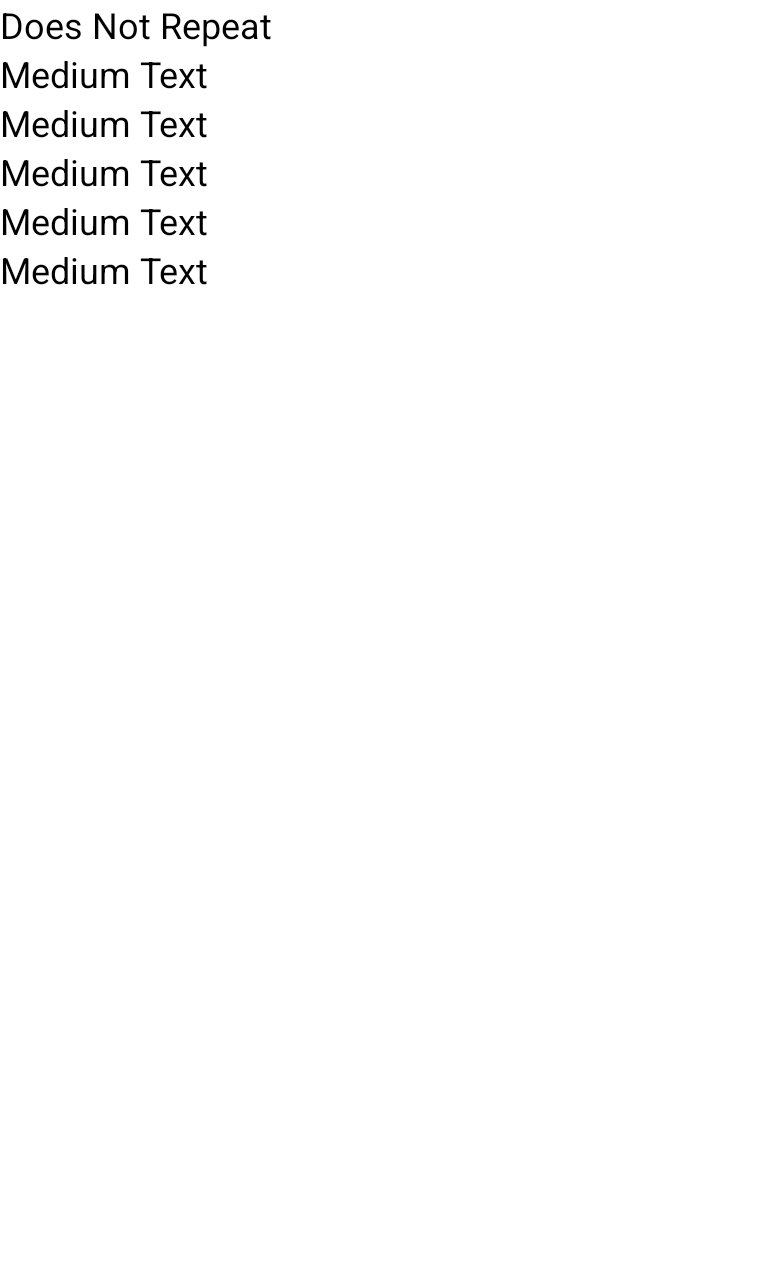
Repository: born2behappy18/meetingMiliue
Layout: MeetingMileu/res/layout/custondialog.xml
The author's editor kept a copy of each file at every save. The layout is drawn from the files as they stood at one save, then again after the next save.
It is drawn on a 768 x 1280 px phone screen (xhdpi) without system bars, with theme AppTheme; the app's code is not run.

Above is the layout before, as saved 2015-10-13 08:48:14.

### MeetingMileu/res/layout/custondialog.xml
<?xml version="1.0" encoding="utf-8"?>
<LinearLayout xmlns:android="http://schemas.android.com/apk/res/android"
    android:layout_width="match_parent"
    android:layout_height="match_parent"
    android:orientation="vertical"
    android:layout_marginLeft="30dp">

    <TextView
        android:id="@+id/doesnotrepeat"
        android:layout_width="wrap_content"
        android:layout_height="wrap_content"
        android:text="Does Not Repeat"
        android:textAppearance="?android:attr/textAppearanceMedium" />

    <TextView
        android:id="@+id/textView2"
        android:layout_width="wrap_content"
        android:layout_height="wrap_content"
        android:text="Medium Text"
        android:textAppearance="?android:attr/textAppearanceMedium" />

    <TextView
        android:id="@+id/textView3"
        android:layout_width="wrap_content"
        android:layout_height="wrap_content"
        android:text="Medium Text"
        android:textAppearance="?android:attr/textAppearanceMedium" />

    <TextView
        android:id="@+id/textView4"
        android:layout_width="wrap_content"
        android:layout_height="wrap_content"
        android:text="Medium Text"
        android:textAppearance="?android:attr/textAppearanceMedium" />

    <TextView
        android:id="@+id/textView5"
        android:layout_width="wrap_content"
        android:layout_height="wrap_content"
        android:text="Medium Text"
        android:textAppearance="?android:attr/textAppearanceMedium" />

    <TextView
        android:id="@+id/textView6"
        android:layout_width="wrap_content"
        android:layout_height="wrap_content"
        android:text="Medium Text"
        android:textAppearance="?android:attr/textAppearanceMedium" />

</LinearLayout>

Loaded but not shown: MeetingMileu/res/values/styles.xml (common file); MeetingMileu/res/values-v11/styles.xml (common file); MeetingMileu/res/values-v14/styles.xml (common file)

After the next save:
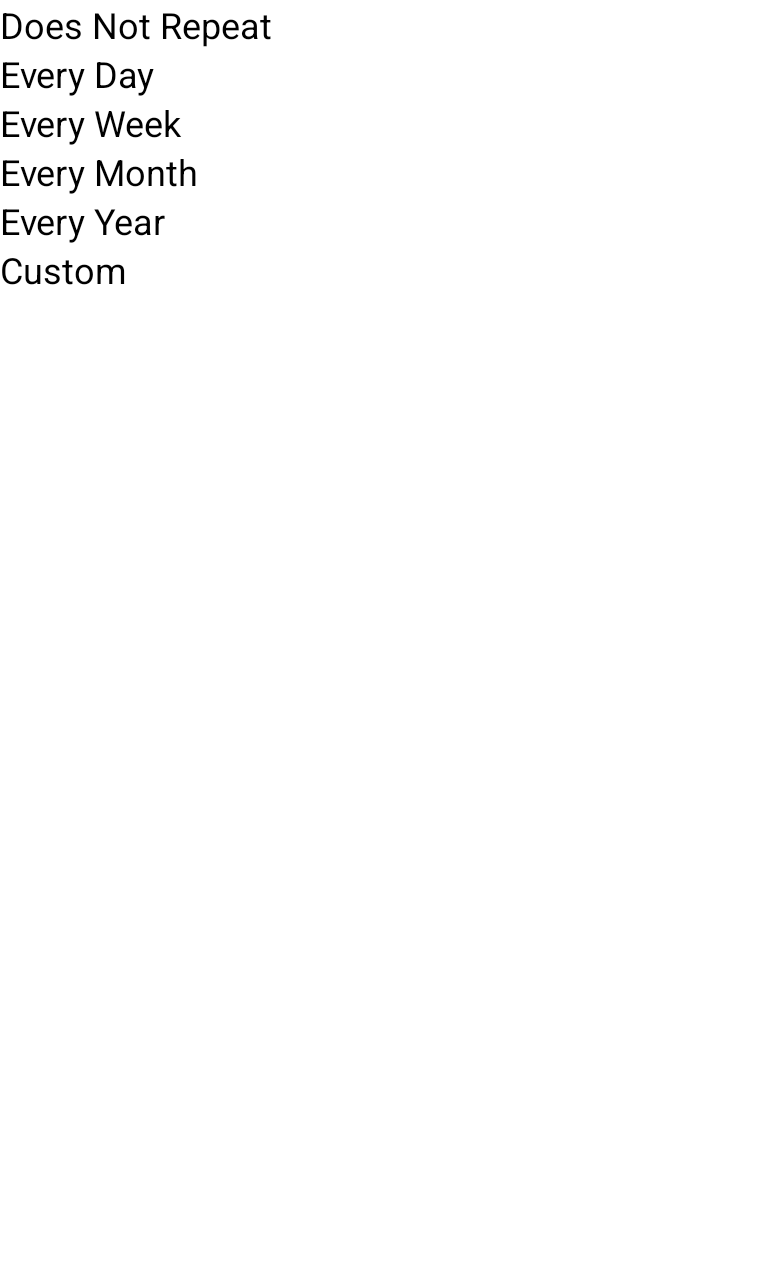
Saved 105 s later.
--- a/MeetingMileu/res/layout/custondialog.xml
+++ b/MeetingMileu/res/layout/custondialog.xml
@@ -6,45 +6,45 @@
     android:layout_marginLeft="30dp">
 
     <TextView
-        android:id="@+id/doesnotrepeat"
+        android:id="@+id/tvdoesnotrepeat"
         android:layout_width="wrap_content"
         android:layout_height="wrap_content"
         android:text="Does Not Repeat"
         android:textAppearance="?android:attr/textAppearanceMedium" />
 
     <TextView
-        android:id="@+id/textView2"
+        android:id="@+id/tveveryday"
         android:layout_width="wrap_content"
         android:layout_height="wrap_content"
-        android:text="Medium Text"
+        android:text="Every Day"
         android:textAppearance="?android:attr/textAppearanceMedium" />
 
     <TextView
-        android:id="@+id/textView3"
+        android:id="@+id/tveveryweek"
         android:layout_width="wrap_content"
         android:layout_height="wrap_content"
-        android:text="Medium Text"
+        android:text="Every Week"
         android:textAppearance="?android:attr/textAppearanceMedium" />
 
     <TextView
-        android:id="@+id/textView4"
+        android:id="@+id/tveverymonth"
         android:layout_width="wrap_content"
         android:layout_height="wrap_content"
-        android:text="Medium Text"
+        android:text="Every Month"
         android:textAppearance="?android:attr/textAppearanceMedium" />
 
     <TextView
-        android:id="@+id/textView5"
+        android:id="@+id/tveveryyear"
         android:layout_width="wrap_content"
         android:layout_height="wrap_content"
-        android:text="Medium Text"
+        android:text="Every Year"
         android:textAppearance="?android:attr/textAppearanceMedium" />
 
     <TextView
-        android:id="@+id/textView6"
+        android:id="@+id/tvcuston"
         android:layout_width="wrap_content"
         android:layout_height="wrap_content"
-        android:text="Medium Text"
+        android:text="Custom"
         android:textAppearance="?android:attr/textAppearanceMedium" />
 
 </LinearLayout>
